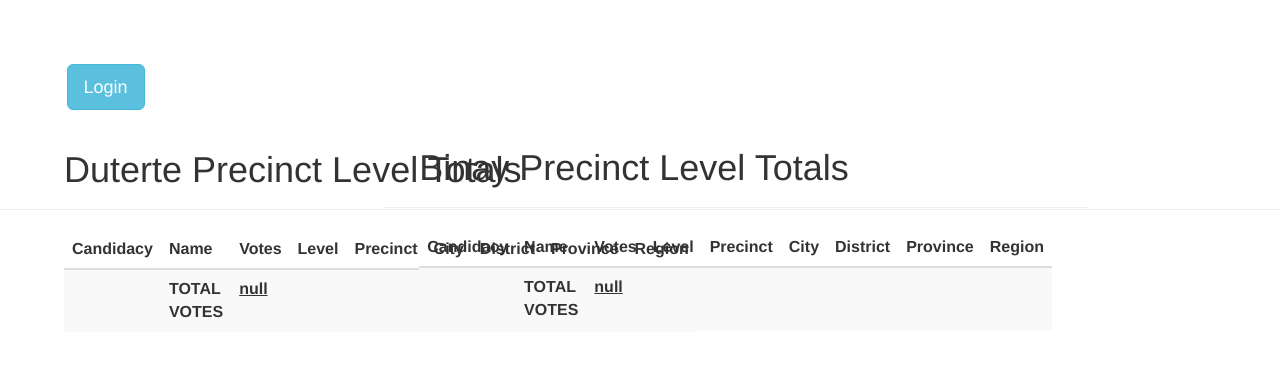
Repository: acbalutan/softdev-cencas-team_apink
Page: http://localhost/AES/
An editor plug-in stored every save of this project. The page is shown before and after the next save, followed by the edit.
The browser window is 1280 px wide. The pictures show the whole page.
The page is served by Tomcat 9. Other server files are loaded and not shown. Queries for data that is not in the repository find no rows.

Above is the page before, as saved 2016-02-26 11:04:45.
Console error (its wording comes from the project's code and is left out).

### workspace/AES/WebContent/index.jsp
<html>
<head>
	<link rel="stylesheet" href="bootstrap/bootstrap.min.css">
	<script type="text/javascript" src="bootstrap/js/bootstrap.min.js"></script>
</head>
<body>

<form action="login.jsp" style="padding-left: 5.2%;padding-top: 5%;">
    <button type="submit" class="btn btn-lg btn-info">Login</button>
</form>


<%@ page import="java.sql.*" %>
<%@ page import="bean.Provider" %>
<%@ page import="bean.PileBean" %>
<%@ page import="bean.Counter" %>

<%

Class.forName("org.sqlite.JDBC");
Connection conn = DriverManager.getConnection("jdbc:sqlite:D:/Eclipse/db/aes.db");
Statement stat = conn.createStatement();

%>
<div class="page-header" style="padding-left: 5%;">
	<h1>Duterte Precinct Level Totals</h1>
</div>

<div class="col-md-6" style="padding-left: 5%;">
	<table class="table table-striped">
    	<thead>
              <tr>
                <th>Candidacy</th>
                <th>Name</th>
                <th>Votes</th>
                <th>Level</th>
                <th>Precinct</th>
                <th>City</th>
                <th>District</th>
                <th>Province</th>
                <th>Region</th>
              </tr>
		</thead>
		<tbody>
			<%
			ResultSet duterte = stat.executeQuery("SELECT * FROM tapat WHERE name='Rodrigo Duterte';");
			while (duterte.next()) {
			    %>
			    	<tr>
			    		<td><%= duterte.getString("candidacy") %></td>
			    		<td><%= duterte.getString("name") %></td>
			    		<td><%= duterte.getString("vote") %></td>
			    		<td><%= duterte.getString("level") %></td>
			    		<td><%= duterte.getString("precinct") %></td>
			    		<td><%= duterte.getString("city") %></td>
			    		<td><%= duterte.getString("district") %></td>
			    		<td><%= duterte.getString("province") %></td>
			    		<td><%= duterte.getString("region") %></td>
			    	</tr>
			    <%
			}
			duterte.close();

			ResultSet totalduterte = stat.executeQuery("SELECT SUM(vote) as 'TOTALVOTES' FROM tapat WHERE name='Rodrigo Duterte';");
			%>
				<tr>
					<td></td>
					<td><strong>TOTAL VOTES</strong></td>
					<td style="text-decoration: underline;"><strong> <%= totalduterte.getString("TOTALVOTES") %> </strong></td>
					<td></td>
					<td></td>
					<td></td>
					<td></td>
					<td></td>
					<td></td>
				</tr>
			<% totalduterte.close(); %>
    	</tbody>
	</table>
</div>

<div style="position: absolute; top: 15%; left: 30%;">
	<div class="page-header" style="padding-left: 5%;">
		<h1>Binay Precinct Level Totals</h1>
	</div>

	<div class="col-md-6" style="padding-left: 5%;">
		<table class="table table-striped">
	    	<thead>
	              <tr>
	                <th>Candidacy</th>
	                <th>Name</th>
	                <th>Votes</th>
	                <th>Level</th>
	                <th>Precinct</th>
	                <th>City</th>
	                <th>District</th>
	                <th>Province</th>
	                <th>Region</th>
	              </tr>
			</thead>
			<tbody>
				<%
				ResultSet binay = stat.executeQuery("SELECT * FROM tapat WHERE name='Jejomar Binay';");
				while (binay.next()) {
				    %>
				    	<tr>
				    		<td><%= binay.getString("candidacy") %></td>
				    		<td><%= binay.getString("name") %></td>
				    		<td><%= binay.getString("vote") %></td>
				    		<td><%= binay.getString("level") %></td>
				    		<td><%= binay.getString("precinct") %></td>
				    		<td><%= binay.getString("city") %></td>
				    		<td><%= binay.getString("district") %></td>
				    		<td><%= binay.getString("province") %></td>
				    		<td><%= binay.getString("region") %></td>
				    	</tr>
				    <%
				}
				binay.close();

				ResultSet totalbinay = stat.executeQuery("SELECT SUM(vote) as 'TOTALVOTES' FROM tapat WHERE name='Rodrigo Duterte';");
				%>
					<tr>
						<td></td>
						<td><strong>TOTAL VOTES</strong></td>
						<td style="text-decoration: underline;"><strong> <%= totalbinay.getString("TOTALVOTES") %> </strong></td>
						<td></td>
						<td></td>
						<td></td>
						<td></td>
						<td></td>
						<td></td>
					</tr>
				<% totalbinay.close(); %>
	    	</tbody>
		</table>
	</div>
</div>
<%	stat.close();
	conn.close();	%>

</body>
</html>

Loaded but not shown: workspace/AES/WebContent/bootstrap/bootstrap.min.css (library); workspace/AES/WebContent/bootstrap/bootstrap.min.js (library)

After the next save:
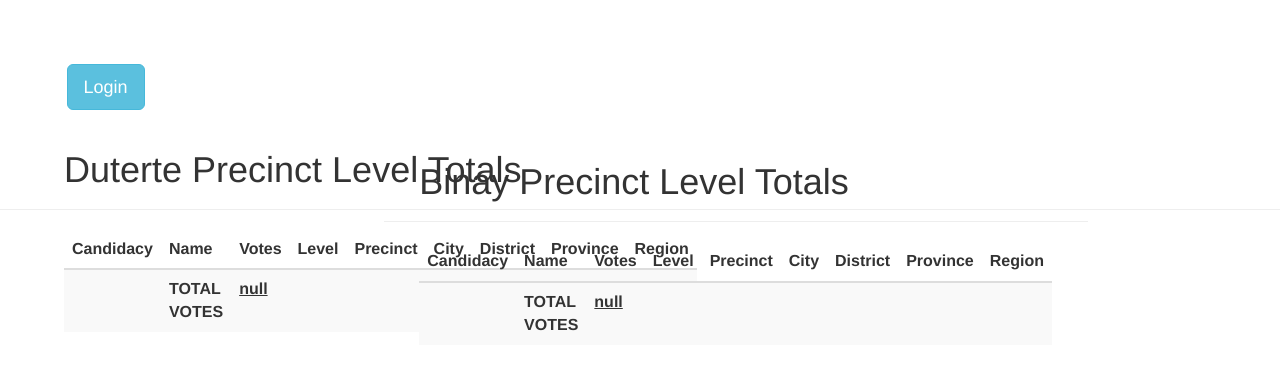
Saved 8 s later.
--- a/workspace/AES/WebContent/index.jsp
+++ b/workspace/AES/WebContent/index.jsp
@@ -79,7 +79,7 @@
 	</table>
 </div>
 
-<div style="position: absolute; top: 15%; left: 30%;">
+<div style="position: absolute; top: 17%; left: 30%;">
 	<div class="page-header" style="padding-left: 5%;">
 		<h1>Binay Precinct Level Totals</h1>
 	</div>
